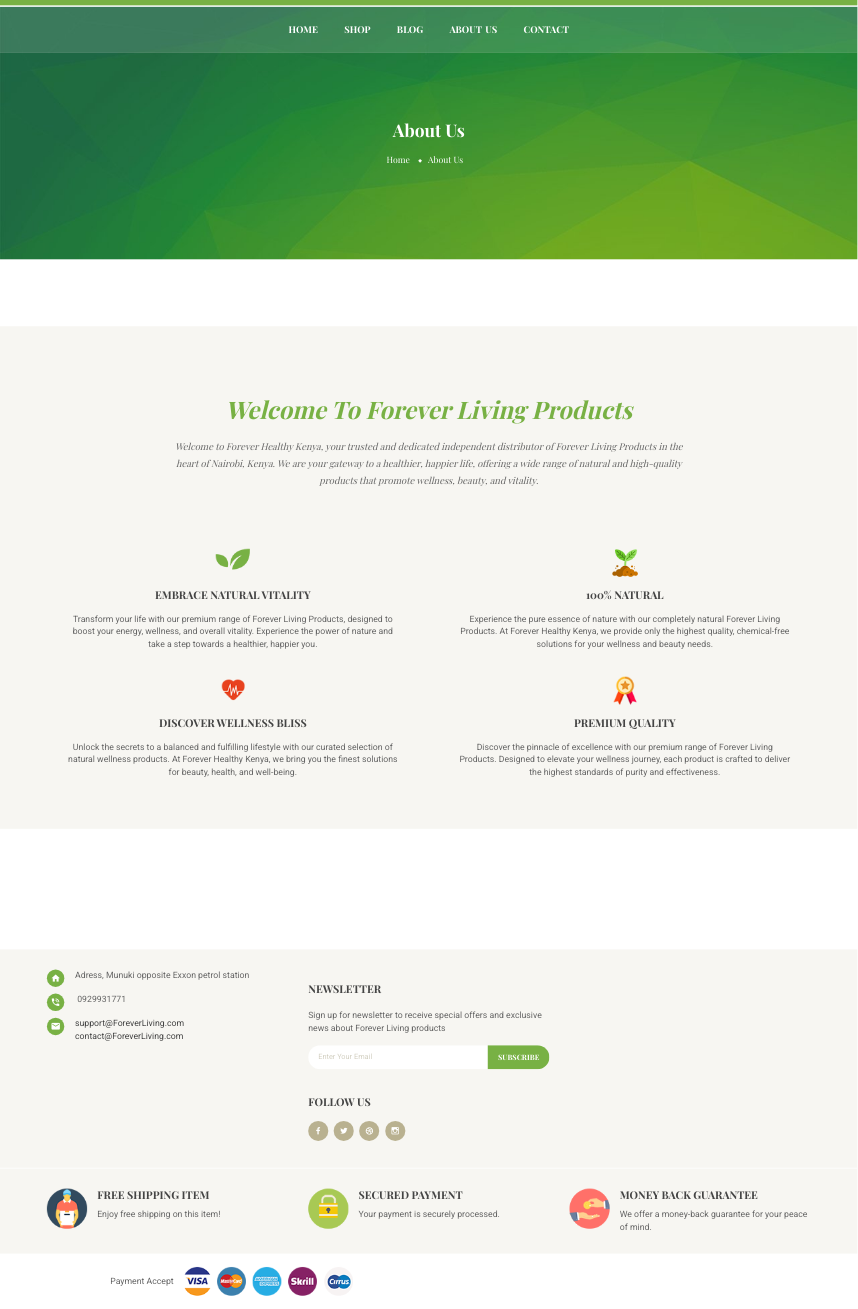
Repository: the-karanja/ForeverLiving2
Page: page-about-us.html
An editor plug-in stored every save of this project. The page is shown before and after the next save, followed by the edit.
The browser window is 1280 px wide. The pictures show the whole page, at 67% of full size.
Some web fonts or font styles are not loaded; a fallback is used.

Above is the page before, as saved 2024-06-20 19:53:25.

### page-about-us.html
<!DOCTYPE html>
<html lang="zxx">


<head>
		<!-- Basic Page Needs -->
		<meta charset="utf-8">
		<meta http-equiv="X-UA-Compatible" content="IE=edge">
		<title>FreshMart - Organic, Fresh Food, Farm Store HTML Template</title>

		<meta name="keywords" content="Organic, Fresh Food, Farm Store">
		<meta name="description" content="FreshMart - Organic, Fresh Food, Farm Store HTML Template">
		<meta name="author" content="tivatheme">

		<!-- Favicon -->
		<link rel="shortcut icon" href="img/favicon.png" type="image/png">

		<!-- Mobile Meta -->
		<meta name="viewport" content="width=device-width, initial-scale=1, maximum-scale=1">

		<!-- Google Fonts -->
		<link href="https://fonts.googleapis.com/css?family=Roboto" rel="stylesheet">
		<link href="https://fonts.googleapis.com/css?family=Playfair+Display:300,400,700" rel="stylesheet">

		<!-- Vendor CSS -->
		<link rel="stylesheet" href="libs/bootstrap/css/bootstrap.css">
		<link rel="stylesheet" href="libs/font-awesome/css/font-awesome.min.css">
		<link rel="stylesheet" href="libs/font-material/css/material-design-iconic-font.min.css">
		<link rel="stylesheet" href="libs/nivo-slider/css/nivo-slider.css">
		<link rel="stylesheet" href="libs/nivo-slider/css/animate.css">
		<link rel="stylesheet" href="libs/nivo-slider/css/style.css">
		<link rel="stylesheet" href="libs/owl.carousel/assets/owl.carousel.min.css">
		<link rel="stylesheet" href="libs/slider-range/css/jslider.css">

		<!-- Template CSS -->
		<link rel="stylesheet" href="css/style.css">
		<link rel="stylesheet" href="css/reponsive.css">
	</head>

	<body class="home home-1">
		<div id="all">

				<header id="header" >
				<!-- Topbar -->


				<!-- Header Top -->
				<div class="header-top" style="margin-top:-100px">
					<div class="container">
						<div class="row">
							<!-- Search -->
							<!-- <div class="col-lg-4 col-md-4 col-sm-12 col-xs-12">
								<div class="form-search">
									<form action="#" method="get">
										<input type="text" class="form-input" placeholder="Search">
										<button type="submit" class="fa fa-search"></button>
									</form>
								</div>
							</div> -->

							<!-- Logo -->
							<div class="col-lg-4 col-md-4 col-sm-12 col-xs-12">
								<div class="logo">
									<a href="index.html">

									</a>
								</div>

								<span id="toggle-mobile-menu"><i class="zmdi zmdi-menu"></i></span>
							</div>

							<!-- Cart -->
							<!-- <div class="col-lg-4 col-md-4 col-sm-12 col-xs-12">
								<div class="block-cart dropdown">
									<div class="cart-title">
										<i class="fa fa-shopping-basket"></i>
										<span class="cart-count">2</span>
									</div>

									<div class="dropdown-content">
										<div class="cart-content">
											<table>
												<tbody>
													<tr>
														<td class="product-image">
															<a href="product-detail-left-sidebar.html">
																<img src="img/product/7.jpg" alt="Product">
															</a>
														</td>
														<td>
															<div class="product-name">
																<a href="product-detail-left-sidebar.html">Organic Strawberry Fruits</a>
															</div>
															<div>
																2 x <span class="product-price">$28.98</span>
															</div>
														</td>
														<td class="action">
															<a class="remove" href="#">
																<i class="fa fa-trash-o" aria-hidden="true"></i>
															</a>
														</td>
													</tr>

													<tr>
														<td class="product-image">
															<a href="product-detail-left-sidebar.html">
																<img src="img/product/6.jpg" alt="Product">
															</a>
														</td>
														<td>
															<div class="product-name">
																<a href="product-detail-left-sidebar.html">Organic Strawberry</a>
															</div>
															<div>
																1 x <span class="product-price">$35.00</span>
															</div>
														</td>
														<td class="action">
															<a class="remove" href="#">
																<i class="fa fa-trash-o" aria-hidden="true"></i>
															</a>
														</td>
													</tr>

													<tr class="total">
														<td>Total:</td>
														<td colspan="2">$92.96</td>
													</tr>

													<tr>
														<td colspan="3">
															<div class="cart-button">
																<a class="btn btn-primary" href="product-cart.html" title="View Cart">View Cart</a>
																<a class="btn btn-primary" href="product-checkout.html" title="Checkout">Checkout</a>
															</div>
														</td>
													</tr>
												</tbody>
											</table>
										</div>
									</div>
								</div>
							</div>	 -->
						</div>
					</div>
				</div>

				<!-- Main Menu -->
				<div id="main-menu">
					<ul class="menu">
						<li class="dropdown">
							<a href="index.html" title="Homepage">Home</a>

						</li>

						<li class="dropdown">
							<a href="product-grid-left-sidebar.html" title="Product">Shop</a>

						</li>



						<li class="dropdown">
							<a disabled href="#">Blog</a>
							<!-- <div class="dropdown-menu">
								<ul class="has-sub">
									<li><a href="blog-list-left-sidebar-1.html" title="Blog List - Left Sidebar 1">Blog List - Left Sidebar 1</a></li>
									<li><a href="blog-list-left-sidebar-2.html" title="Blog List - Left Sidebar 2">Blog List - Left Sidebar 2</a></li>
									<li><a href="blog-grid-full-width.html" title="Blog Grid - Full Width">Blog Grid - Full Width</a></li>
									<li><a href="blog-detail.html" title="Blog Detail">Blog Detail</a></li>
								</ul>
							</div> -->
						</li>

						<li>
							<a href="page-about-us.html">About Us</a>
						</li>

						<li>
							<a href="page-contact.html">Contact</a>
						</li>
					</ul>
				</div>
			</header>


			<!-- Main Content -->
			<div id="content" class="site-content">
				<!-- Breadcrumb -->
				<div id="breadcrumb">
					<div class="container">
						<h2 class="title">About Us</h2>

						<ul class="breadcrumb">
							<li><a href="#" title="Home">Home</a></li>
							<li><span>About Us</span></li>
						</ul>
					</div>
				</div>

				<!-- Intro -->
				<div class="section intro">
					<div class="container">
						<div class="row">
							<div class="col-xs-12 col-sm-12 col-md-12 col-lg-12">
								<div class="intro-header">
									<h3>Welcome To Forever Living Products</h3>
									<p>Welcome to Forever Healthy Kenya, your trusted and dedicated independent distributor of Forever Living Products in the heart of Nairobi, Kenya. We are your gateway to a healthier, happier life, offering a wide range of natural and high-quality products that promote wellness, beauty, and vitality.</p>
								</div>
							</div>

							<div class="col-lg-6 col-md-4 col-sm-12 col-xs-12">
								<div class="intro-left">
									<div class="intro-item">
										<p><img src="img/intro-icon-1.png" alt="Intro Image"></p>
										<h4>Embrace Natural Vitality</h4>
										<p>Transform your life with our premium range of Forever Living Products, designed to boost your energy, wellness, and overall vitality. Experience the power of nature and take a step towards a healthier, happier you.</p>
									</div>

									<div class="intro-item">
										<p><img src="img/intro-icon-3.png" alt="Intro Image"></p>
										<h4>Discover Wellness Bliss</h4>
										<p>Unlock the secrets to a balanced and fulfilling lifestyle with our curated selection of natural wellness products. At Forever Healthy Kenya, we bring you the finest solutions for beauty, health, and well-being.
										</p>
									</div>
								</div>
							</div>

							<!-- <div class="col-lg-4 col-md-4 col-sm-12 col-xs-12">
								<div class="effect">
									<a href="#">
										<img class="img-responsive" src="img/intro-1.png" alt="Intro Image">
									</a>
								</div>
							</div> -->

							<div class="col-lg-6 col-md-4 col-sm-12 col-xs-12">
								<div class="intro-right">
									<div class="intro-item">
										<p><img src="img/intro-icon-2.png" alt="Intro Image"></p>
										<h4>100% Natural</h4>
										<p>Experience the pure essence of nature with our completely natural Forever Living Products. At Forever Healthy Kenya, we provide only the highest quality, chemical-free solutions for your wellness and beauty needs.</p>
									</div>

									<div class="intro-item">
										<p><img src="img/intro-icon-4.png" alt="Intro Image"></p>
										<h4>Premium Quality</h4>
										<p>Discover the pinnacle of excellence with our premium range of Forever Living Products. Designed to elevate your wellness journey, each product is crafted to deliver the highest standards of purity and effectiveness.</p>
									</div>
								</div>
							</div>
						</div>
					</div>
				</div>
			</div>


			<footer id="footer">
				<div class="footer">
					<!-- Footer Top -->
					<div class="footer-top">
						<div class="container">
							<div class="row">
								<div class="col-lg-4 col-md-4 col-sm-4 col-xs-12">
									<div class="block text">
										<div class="block-content">
											<!-- <a href="index.html" class="logo-footer">
												<img src="img/logo-2.png" alt="Logo">
											</a> -->

											<div class="contact">
												<div class="item d-flex">
													<div class="item-left">
														<i class="zmdi zmdi-home"></i>
													</div>
													<div class="item-right">
														<span> Adress, Munuki opposite Exxon petrol station</span>
													</div>
												</div>
												<div class="item d-flex">
													<div class="item-left">
														<i class="zmdi zmdi-phone-in-talk"></i>
													</div>
													<div class="item-right">
														<span> 0929931771
														</span>
													</div>
												</div>
												<div class="item d-flex">
													<div class="item-left">
														<i class="zmdi zmdi-email"></i>
													</div>
													<div class="item-right">
														<span><a href="mailto:support@domain.com">support@ForeverLiving.com</a><br><a href="mailto:contact@domain.com">contact@ForeverLiving.com</a></span>
													</div>
												</div>
											</div>
										</div>
									</div>
								</div>

								<!-- <div class="col-lg-4 col-md-4 col-sm-4 col-xs-12">
									<div class="block instagram">
										<h2 class="block-title">Photo Instagram</h2>

										<div class="block-content">
											<div class="row margin-0">
												<div class="col-xs-3 col-sm-3 col-md-3 col-lg-3 padding-0">
													<a href="#">
														<img src="img/instagram-1.png" alt="Instagram Image">
													</a>
												</div>
												<div class="col-xs-3 col-sm-3 col-md-3 col-lg-3 padding-0">
													<a href="#">
														<img src="img/instagram-2.png" alt="Instagram Image">
													</a>
												</div>
												<div class="col-xs-3 col-sm-3 col-md-3 col-lg-3 padding-0">
													<a href="#">
														<img src="img/instagram-3.png" alt="Instagram Image">
													</a>
												</div>
												<div class="col-xs-3 col-sm-3 col-md-3 col-lg-3 padding-0">
													<a href="#">
														<img src="img/instagram-4.png" alt="Instagram Image">
													</a>
												</div>
												<div class="col-xs-3 col-sm-3 col-md-3 col-lg-3 padding-0">
													<a href="#">
														<img src="img/instagram-5.png" alt="Instagram Image">
													</a>
												</div>
												<div class="col-xs-3 col-sm-3 col-md-3 col-lg-3 padding-0">
													<a href="#">
														<img src="img/instagram-6.png" alt="Instagram Image">
													</a>
												</div>
												<div class="col-xs-3 col-sm-3 col-md-3 col-lg-3 padding-0">
													<a href="#">
														<img src="img/instagram-7.png" alt="Instagram Image">
													</a>
												</div>
												<div class="col-xs-3 col-sm-3 col-md-3 col-lg-3 padding-0">
													<a href="#">
														<img src="img/instagram-8.png" alt="Instagram Image">
													</a>
												</div>
											</div>
										</div>
									</div>
								</div> -->

								<div class="col-lg-4 col-md-4 col-sm-4 col-xs-12">
									<div class="block newsletter">
										<h2 class="block-title">Newsletter</h2>

										<div class="block-content">
											<p class="description">Sign up for newsletter to receive special offers and exclusive news about Forever Living products</p>
											<form action="#" method="post">
												<input type="text" placeholder="Enter Your Email">
												<button type="submit" class="btn btn-primary">Subscribe</button>
											</form>
										</div>
									</div>

									<div class="block social">
										<h2 class="block-title">Follow Us</h2>

										<div class="block-content">
											<ul>
												<li><a href="#"><i class="zmdi zmdi-facebook"></i></a></li>
												<li><a href="#"><i class="zmdi zmdi-twitter"></i></a></li>
												<li><a href="#"><i class="zmdi zmdi-dribbble"></i></a></li>
												<li><a href="#"><i class="zmdi zmdi-instagram"></i></a></li>
											</ul>
										</div>
									</div>
								</div>
							</div>
						</div>
					</div>

					<!-- Footer Bottom -->
					<div class="footer-bottom">
						<div class="payment-intro">
							<div class="container">
								<div class="row">
									<div class="col-lg-4 col-md-4 col-sm-12 col-xs-12">
										<div class="item d-flex">
											<div class="item-left">
												<img src="img/home1-payment-1.png" alt="Payment Intro">
											</div>
											<div class="item-right">
												<h3 class="title">Free Shipping item</h3>
												<div class="content">Enjoy free shipping on this item!</div>
											</div>
										</div>
									</div>

									<div class="col-lg-4 col-md-4 col-sm-12 col-xs-12">
										<div class="item d-flex">
											<div class="item-left">
												<img src="img/home1-payment-2.png" alt="Payment Intro">
											</div>
											<div class="item-right">
												<h3 class="title">Secured Payment</h3>
												<div class="content">Your payment is securely processed.</div>
											</div>
										</div>
									</div>

									<div class="col-lg-4 col-md-4 col-sm-12 col-xs-12">
										<div class="item d-flex">
											<div class="item-left">
												<img src="img/home1-payment-3.png" alt="Payment Intro">
											</div>
											<div class="item-right">
												<h3 class="title">Money Back Guarantee</h3>
												<div class="content">We offer a money-back guarantee for your peace of mind.</div>
											</div>
										</div>
									</div>
								</div>
							</div>
						</div>
					</div>
				</div>

				<!-- Copyright -->
				<div class="footer-copyright">
					<div class="container">
						<div class="row">
							<!-- <div class="col-lg-7 col-md-7 col-sm-7 col-xs-12">
								<div class="copyright"><a target="_blank" href="https://www.templateshub.net">Templates Hub</a></div>
							</div> -->

							<div class="col-lg-5 col-md-5 col-sm-5 col-xs-12 align-right">
								<div class="payment">
									<span>Payment Accept</span>
									<img src="img/payment.png" alt="Payment">
								</div>
							</div>
						</div>
					</div>
				</div>
			</footer>

			<!-- Go Up button -->
			<div class="go-up">
				<a href="#">
					<i class="fa fa-long-arrow-up"></i>
				</a>
			</div>

			<!-- Page Loader -->
			<div id="page-preloader">
				<div class="page-loading">
					<div class="dot"></div>
					<div class="dot"></div>
					<div class="dot"></div>
					<div class="dot"></div>
					<div class="dot"></div>
				</div>
			</div>
		</div>

		<!-- Vendor JS -->
		<script src="libs/jquery/jquery.js"></script>
		<script src="libs/bootstrap/js/bootstrap.js"></script>
		<script src="libs/jquery.countdown/jquery.countdown.js"></script>
		<script src="libs/nivo-slider/js/jquery.nivo.slider.js"></script>
		<script src="libs/owl.carousel/owl.carousel.min.js"></script>
		<script src="libs/slider-range/js/tmpl.js"></script>
		<script src="libs/slider-range/js/jquery.dependClass-0.1.js"></script>
		<script src="libs/slider-range/js/draggable-0.1.js"></script>
		<script src="libs/slider-range/js/jquery.slider.js"></script>
		<script src="libs/elevatezoom/jquery.elevatezoom.js"></script>

		<!-- Template CSS -->
		<script src="js/main.js"></script>
	</body>

</html>

Loaded but not shown: libs/bootstrap/css/bootstrap.css (library); libs/font-awesome/css/font-awesome.min.css (library); libs/font-material/css/material-design-iconic-font.min.css (library); libs/nivo-slider/css/nivo-slider.css (common file); libs/nivo-slider/css/animate.css (library); libs/nivo-slider/css/style.css (library); libs/owl.carousel/assets/owl.carousel.min.css (common file); libs/slider-range/css/jslider.css (common file); css/style.css (library); css/reponsive.css (library); libs/jquery/jquery.js (library); libs/bootstrap/js/bootstrap.js (library); libs/jquery.countdown/jquery.countdown.js (library); libs/nivo-slider/js/jquery.nivo.slider.js (library); libs/owl.carousel/owl.carousel.min.js (library); libs/slider-range/js/tmpl.js (common file); libs/slider-range/js/jquery.dependClass-0.1.js (common file); libs/slider-range/js/draggable-0.1.js (library); libs/slider-range/js/jquery.slider.js (library); libs/elevatezoom/jquery.elevatezoom.js (library); js/main.js (library); libs/font-material/fonts/Material-Design-Iconic-Fontd1f1.html (common file); libs/font-awesome/fonts/fontawesome-webfont5b62.html (common file)

After the next save:
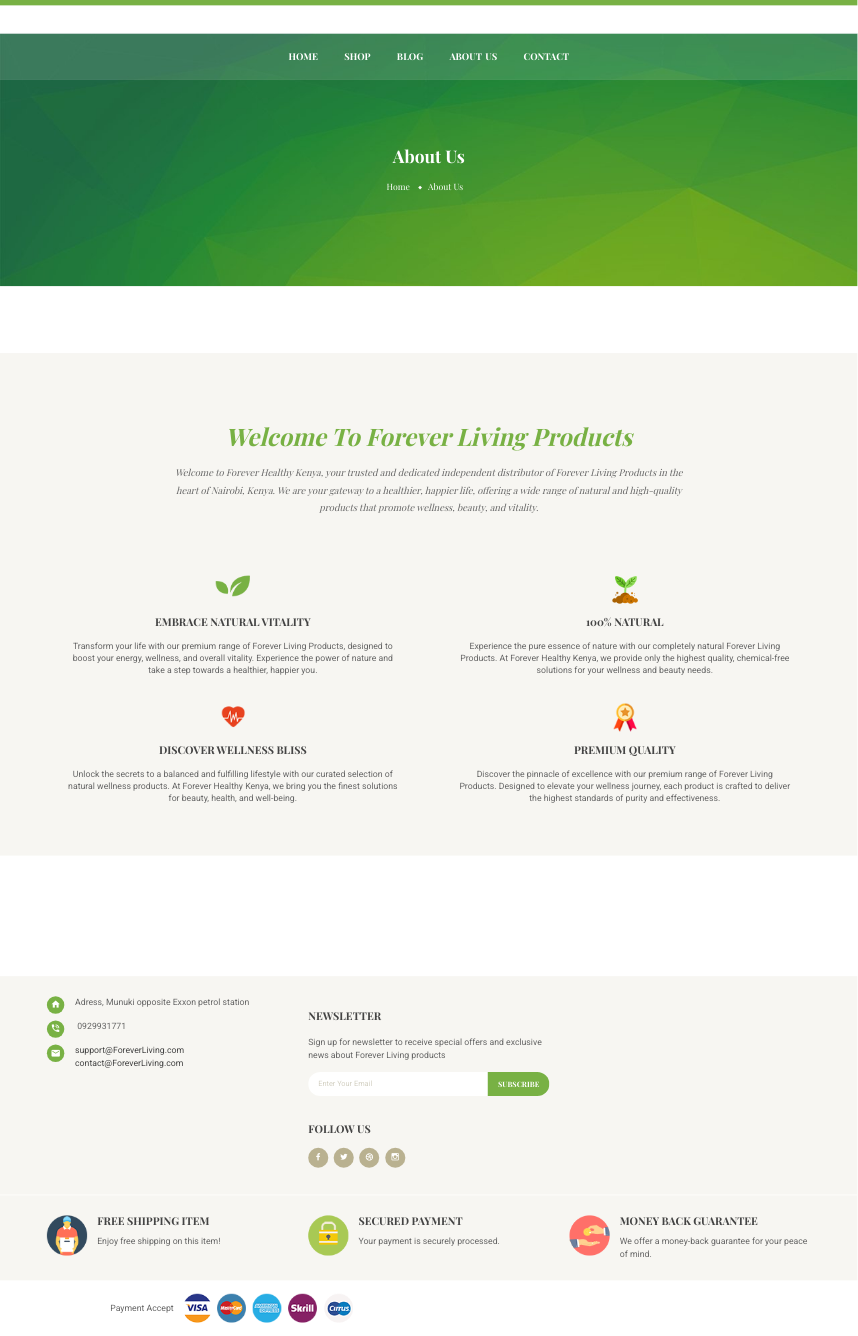
Saved 119 s later.
--- a/page-about-us.html
+++ b/page-about-us.html
@@ -40,12 +40,13 @@
 	<body class="home home-1">
 		<div id="all">
 
-				<header id="header" >
+				<!-- Header -->
+			<header id="header" >
 				<!-- Topbar -->
 
 
 				<!-- Header Top -->
-				<div class="header-top" style="margin-top:-100px">
+				<div class="header-top" style="margin-top:-60px">
 					<div class="container">
 						<div class="row">
 							<!-- Search -->
@@ -183,6 +184,7 @@
 					</ul>
 				</div>
 			</header>
+
 
 
 			<!-- Main Content -->
